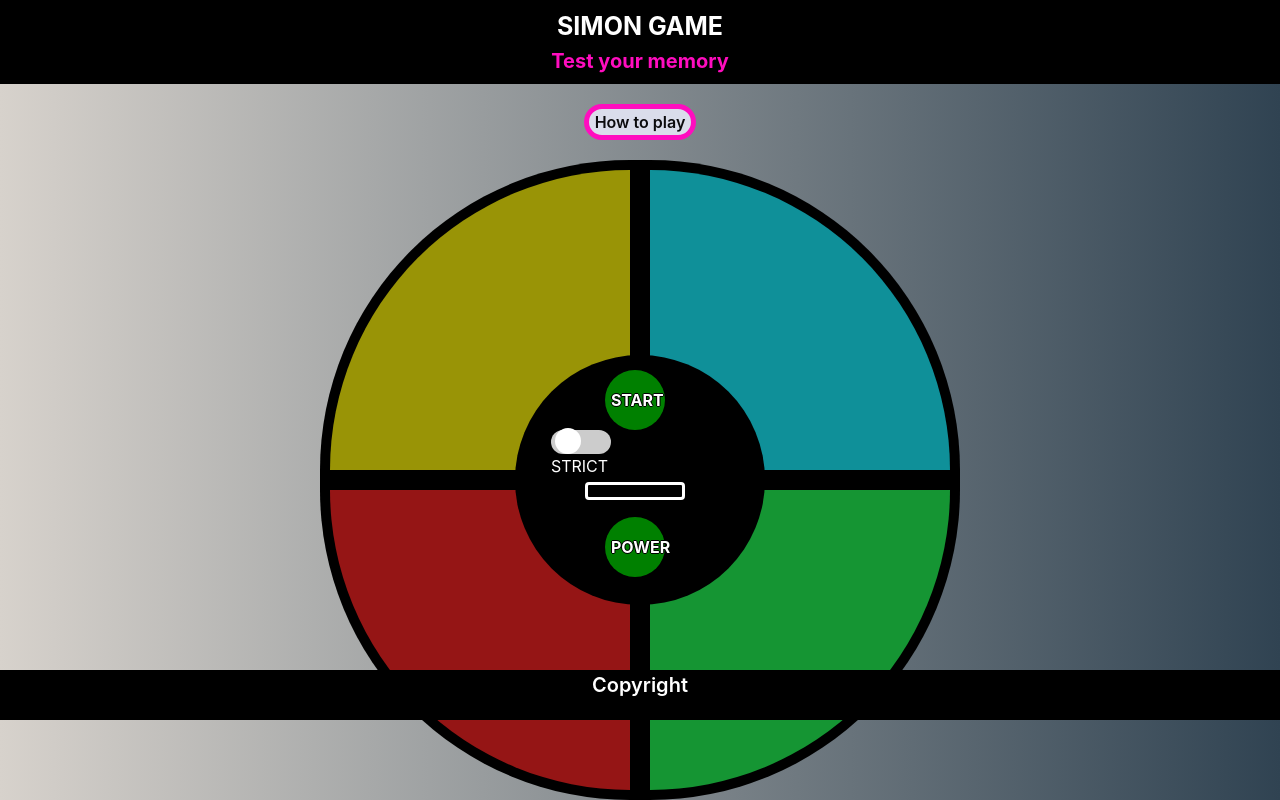
Repository: murphya14/Simon-game
Page: index.html
The author's editor kept a record of every edit. The page is drawn from the files as they stood at one moment, then again after the next edit.
The browser window is 1280 px wide. The pictures show the whole page.

Above is the page before.
Console error: SyntaxError: Unexpected token ')'

After the next edit:
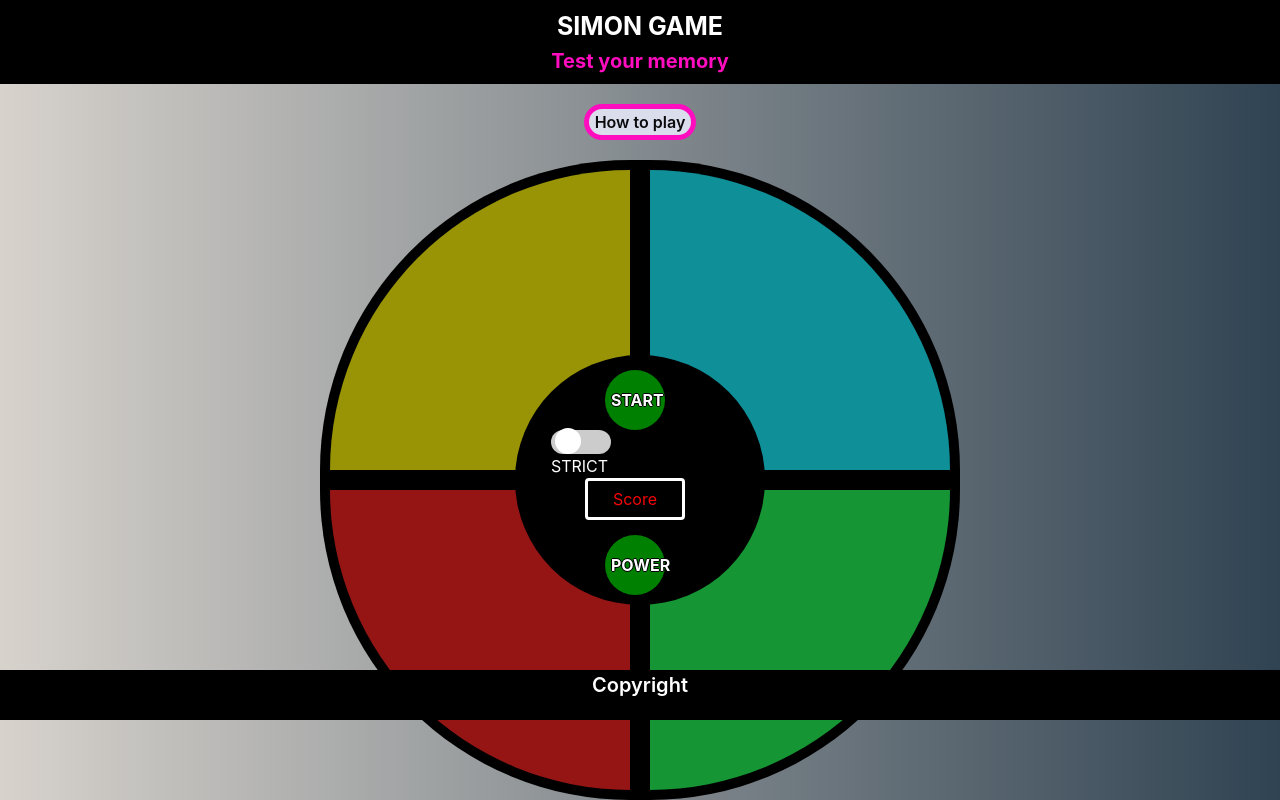
Console error: ReferenceError: s is not defined
The edit:
--- a/assets/js/make.js
+++ b/assets/js/make.js
@@ -179,7 +179,7 @@
       turnCounter.innerHTML = turn;
       clearColor();
       checkStrict();
-      counter();}, 3000);
+      counter();}, 3000);}
 
  /*-------------Assigns the rule that will apply if strict is on*/
 

After the 5 edits that followed:
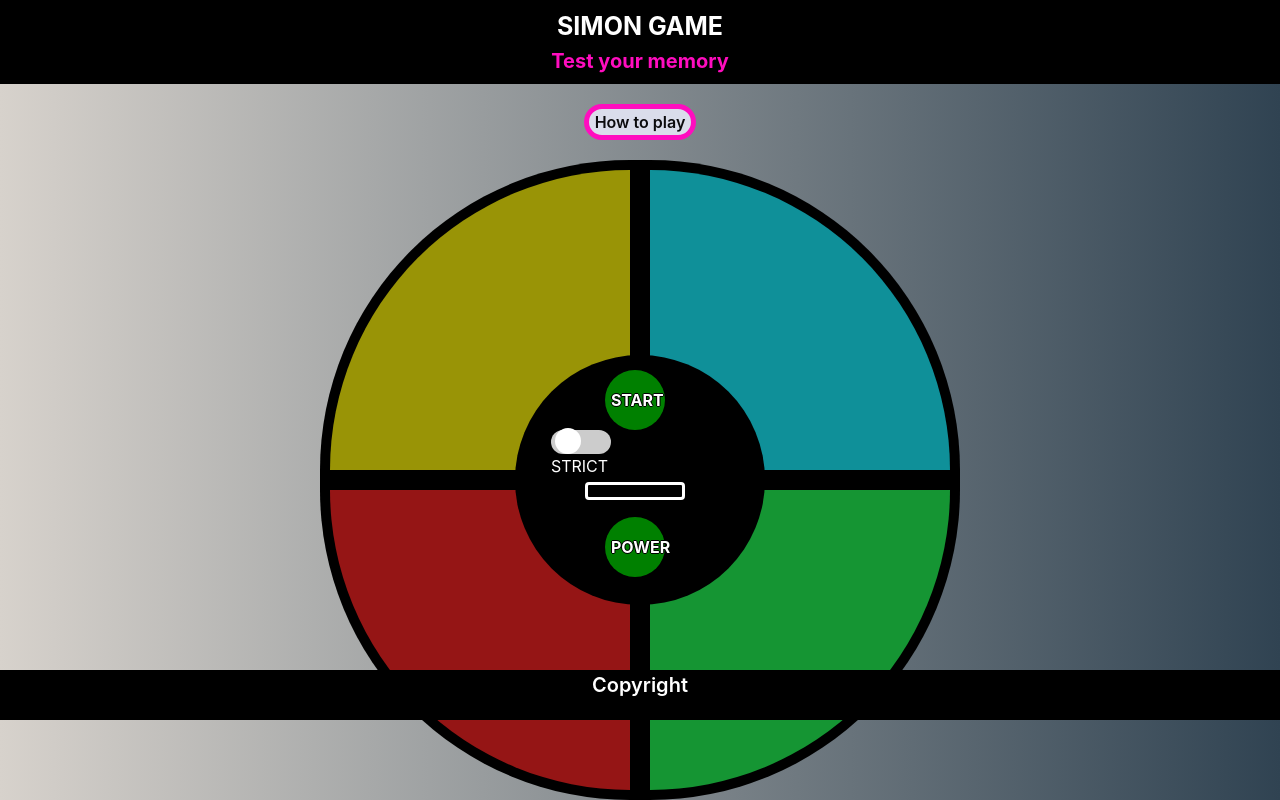
The 5 edits are shown as one change because 4 left the picture as it was.
The edit:
--- a/assets/js/make.js
+++ b/assets/js/make.js
@@ -66,8 +66,14 @@
       flashColor();
       turnCounter.innerHTML = "--";
 });
+
+/*----------------------------------------The game cannot start before power has been turned on */
+let allowStart = startButton.click(function() {
+        initializeGame();
+});
+
  /*--------------------------------------------------------------------------------- What happens when start is clicked */
-if(on==false){
+if(on=false){
 turnCounter.innerHTML = "Score";
     clearColor();
     clearInterval(intervalId);
@@ -78,16 +84,13 @@
       $("#start").addClass("begin-game-start");
       clearColor();
       allowStart();
+      turnCounter.innerHTML = "0";
       initializeGame();
 });
-};
-
-
-
-/*----------------------------------------The game cannot start before power has been turned on */
-let allowStart = startButton.click(function() {
-        initializeGame();
-});
+}
+
+
+
 
 
 /*----------------------------------------Initialize game outs everything back to default settings */
